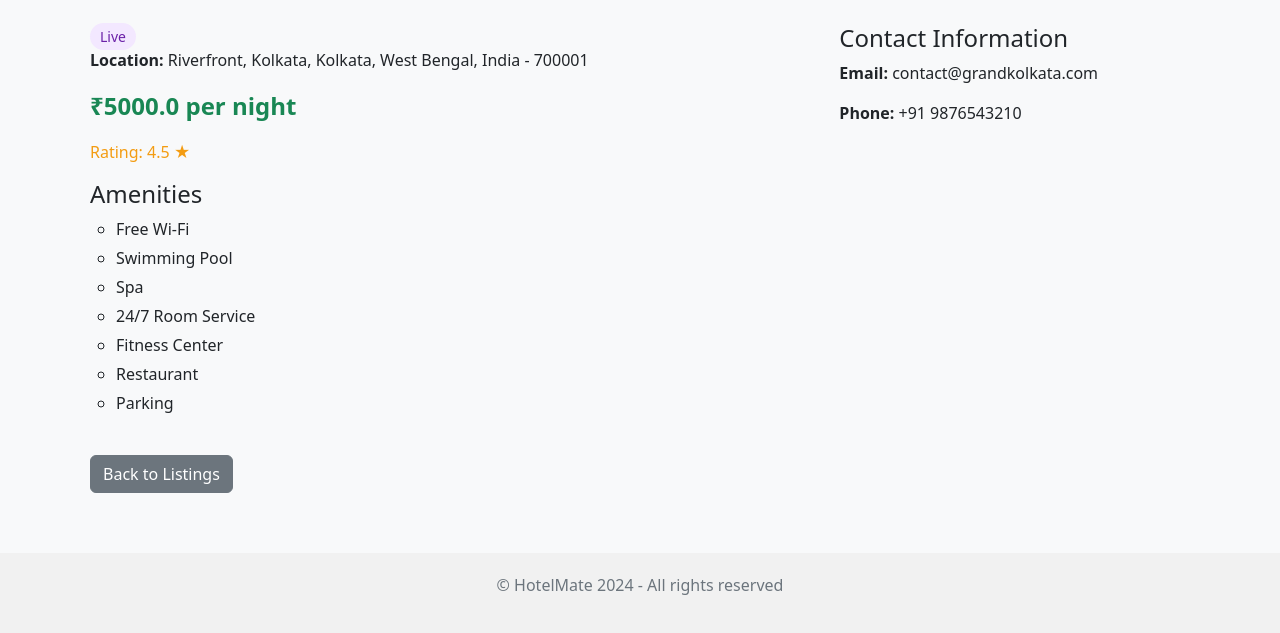
Repository: himanshu2k23/HoteMate
Page: http://localhost/HotelMate/details.jsp
The author's editor kept a copy of each file at every save. The page is drawn from the files as they stood at one save, then again after the next save.
The browser window is 1280 px wide. The pictures show the part of the page from y = 706 to 1339 px (the page is 1339 px tall before and 1125 px after).
The page is served by Tomcat 10.

Above is the page before, as saved 2025-01-13 19:11:05.

After the next save:
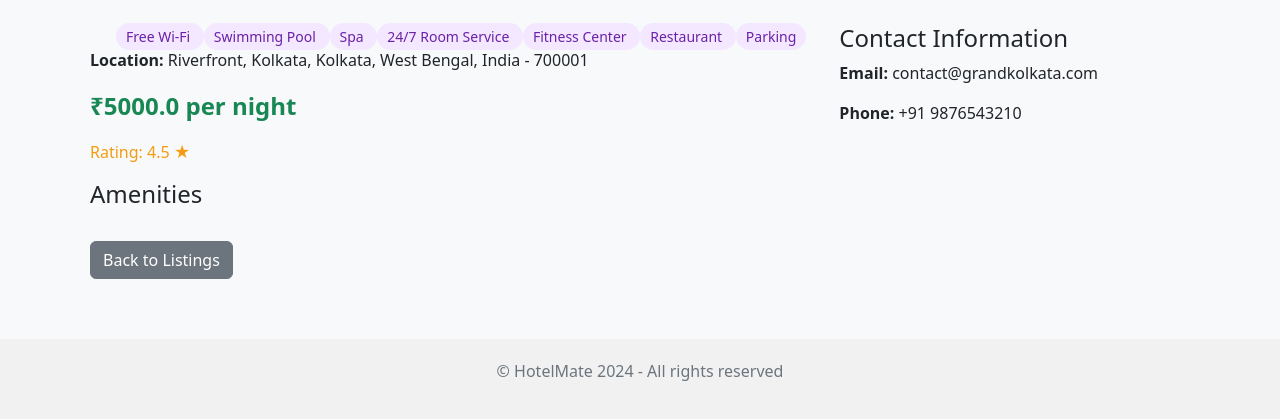
Saved 73 s later.
--- a/HotelMate/src/main/webapp/details.jsp
+++ b/HotelMate/src/main/webapp/details.jsp
@@ -112,9 +112,20 @@ body {
 		<div class="row mt-4">
 
 			<div class="col-md-8">
-				<span
+				<div class="amenities-list">
+					<%
+					String[] amenitiesList = amenities.split(",");
+					for (String amenity : amenitiesList) {
+						amenity = amenity.trim();
+					%>
+					<span
 					style="white-space: nowrap; border-radius: 9999px; background-color: #f3e8ff; padding: 0.25rem 0.625rem; font-size: 0.875rem; color: #6b21a8;">
-					Live </span>
+					<%=amenity%> </span>
+					<%
+					}
+					%>
+				</div>
+
 
 				<p>
 					<strong>Location:</strong>
@@ -135,17 +146,7 @@ body {
 				</p>
 
 				<h4>Amenities</h4>
-				<ul class="amenities-list">
-					<%
-					String[] amenitiesList = amenities.split(",");
-					for (String amenity : amenitiesList) {
-						amenity = amenity.trim();
-					%>
-					<li><%=amenity%></li>
-					<%
-					}
-					%>
-				</ul>
+
 			</div>
 
 			<div class="col-md-4">
